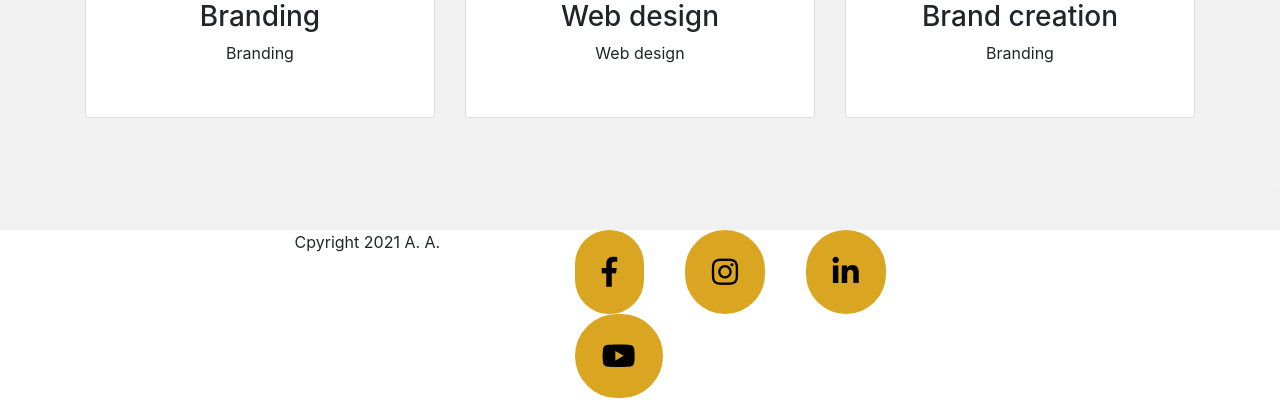
Repository: arek-adamik/golden-webpage
Page: index.html
These files come from the project's save history. The page is drawn as it stood at one moment and after the next save; the edit follows.
The browser window is 1280 px wide. The pictures show the part of the page from y = 2098 to 2608 px (the page is 2512 px tall before and 2608 px after).
Some web fonts or font styles are not loaded; a fallback is used. Some web libraries are served in a nearby version. The style sheet was rebuilt from its Sass, Less or Tailwind sources for each picture, by a compiler version that may differ from the author's.

Above is the page before, as saved 2021-05-04 16:36:33.

### index.html
<!DOCTYPE html>
<html lang="en">
  <head>
    <meta name="viewport" content="width=device-width, initial-scale=1.0">
    <meta charset="utf-8">
    <title>Golden - Official Site</title>
    <link rel="preconnect" href="https://fonts.gstatic.com">
    <link href="https://fonts.googleapis.com/css2?family=Krona+One&family=Molle:ital@1&family=Tinos&display=swap" rel="stylesheet">
    <link rel="stylesheet" href="https://use.fontawesome.com/releases/v5.5.0/css/all.css">
    <link rel="stylesheet" href="vendor/bootstrap-grid.css">
    <link rel="stylesheet" href="css/style.css">
    <link rel="stylesheet" href="https://stackpath.bootstrapcdn.com/bootstrap/4.5.1/css/bootstrap.min.css" integrity="sha384-VCmXjywReHh4PwowAiWNagnWcLhlEJLA5buUprzK8rxFgeH0kww/aWY76TfkUoSX" crossorigin="anonymous">
  </head>
  <body>
    <section class="page-head">
        <nav class="navigation">
            <p class="logo">GOLDEN</p>
                <ul>
                    <li><a href="#">HOME</a></li>
                    <li><a href="#">SERVICES</a></li>
                    <li><a href="#">PORTFOLIO</a></li>
                    <li><a href="#">ABOUT</a></li>
                    <li><a href="#">CONTACT</a></li>
                </ul>

        </nav>
        <header class="splash">
            <div class="splash-inner">
                <h2 class="page-subtitle">Welcome to our studio!</h2>
                <h1 class="page-title">IT'S NICE TO MEET YOU</h1>
                <a class="button" href="#">TELL ME MORE</a>
            </div>
      </header>
    </section>
    <section class="services py-5">
        <h2 class="section-subtitle">SERVICES</h2>
        <p class="services-text">Proin aliquet quis diam ut sollicitudin.</p>
        <div class="container">
            <div class="row py-5">
                <div class="col-md-4">
                    <i class="fas fa-shopping-basket"></i>
                    <h2 class="services-subbtitle">E-Commerce</h2>
                    <p>Lorem ipsum dolor sit amet, consectetur adipiscing elit. Praesent ullamcorper, nibh vel luctus aliquet, sapien massa vulputate turpis, in feugiat nulla purus eu risus.</p>
                </div>
                <div class="col-md-4">
                    <i class="far fa-check-square"></i>
                    <h2 class="services-subbtitle">Responsive Web</h2>
                    <p>Lorem ipsum dolor sit amet, consectetur adipiscing elit. Praesent ullamcorper, nibh vel luctus aliquet, sapien massa vulputate turpis, in feugiat nulla purus eu risus</p>
                </div>
                <div class="col-md-4">
                    <i class="fas fa-lock"></i>
                    <h2 class="services-subbtitle">Web Security</h2>
                    <p>Lorem ipsum dolor sit amet, consectetur adipiscing elit. Praesent ullamcorper, nibh vel luctus aliquet, sapien massa vulputate turpis, in feugiat nulla purus eu risus</p>
                </div>
        </div>
    </section>
    <section class="our-portfolio py-5">
        <h2 class="section-subtitle">OUR PORTFOLIO</h2>
        <p class="services-text">Proin aliquet quis diam ut sollicitudin.</p>
        <div class="container">
            <div class="row py-5">
                <div class="col-md-4">
                    <div class="card p-3 mb-3">
                        <div class="card-body">
                            <img src="https://images.pexels.com/photos/3910071/pexels-photo-3910071.jpeg?auto=compress&cs=tinysrgb&dpr=2&h=750&w=1260">
                            <h3 class="portfolio-subtitle">Ebony & Ivory</h3>
                            <p>Branding</p>
                        </div>
                    </div>
                </div>
                <div class="col-md-4">
                    <div class="card p-3 mb-3">
                        <div class="card-body">
                            <img src="https://images.pexels.com/photos/1827548/pexels-photo-1827548.jpeg?auto=compress&cs=tinysrgb&dpr=2&h=750&w=1260">
                            <h3 class="portfolio-subtitle">Clever Poster</h3>
                            <p>Print design</p>
                        </div>
                    </div>
                </div>
                <div class="col-md-4">
                    <div class="card p-3 mb-3">
                        <div class="card-body">
                            <img src="https://images.pexels.com/photos/6224/hands-people-woman-working.jpg?auto=compress&cs=tinysrgb&dpr=2&h=750&w=1260">
                            <h3 class="portfolio-subtitle">Smart Stationary</h3>
                            <p>Print Design</p>
                        </div>
                    </div>
                </div>
                <div class="col-md-4">
                    <div class="card p-3 mb-3">
                        <div class="card-body">
                            <img src="https://images.pexels.com/photos/965989/pexels-photo-965989.jpeg?auto=compress&cs=tinysrgb&dpr=2&h=750&w=1260">
                            <h3 class="portfolio-subtitle">Branding</h3>
                            <p>Branding</p>
                        </div>
                    </div>
                </div>
                <div class="col-md-4">
                    <div class="card p-3 mb-3">
                        <div class="card-body">
                            <img src="https://images.pexels.com/photos/160107/pexels-photo-160107.jpeg?auto=compress&cs=tinysrgb&dpr=2&h=750&w=1260">
                            <h3 class="portfolio-subtitle">Web design</h3>
                            <p>Web design</p>
                        </div>
                    </div>
                </div>
                <div class="col-md-4">
                    <div class="card p-3 mb-3">
                        <div class="card-body">
                            <img src="https://images.pexels.com/photos/1961792/pexels-photo-1961792.jpeg?auto=compress&cs=tinysrgb&dpr=2&h=750&w=1260">
                            <h3 class="portfolio-subtitle">Brand creation</h3>
                            <p>Branding</p>
                        </div>
                    </div>
                </div>
            </div>
        </div>
    </section>
    <footer>
        <div class="container">
            <div class="row">
                <div class="col-md-4">
                    <p>Cpyright 2021 A. A.</p>
                </div>
                <div class="col-md-8">
                    <ul>
                        <li><a href="#"><i class="fab fa-facebook-f"></i>Facebook</a></li>
                        <li><a href="#"><i class="fab fa-instagram"></i>Instagram</a></li>
                        <li><a href="#"><i class="fab fa-linkedin-in"></i>Linkedin</a></li>
                        <li><a href="#"><i class="fab fa-youtube"></i>Youtube</a></li>
                    </ul>
                </div>
            </div>
        </div>

    </footer>
  </body>
  </html>

### sass/style.scss
/* Variabbles */
$font-header: 'Krona One', sans-serif;
$font-logo: 'Molle', cursive;
$font-text: 'Tinos', serif;
/* Global */
body {
    margin: 0;
    font-size: 16px;
    line-height: 1.7;
    font-family: $font-text;
}
.container {
    max-width: 1140px;
    padding: 0 20px 0 20px;
    display: flex;
	justify-content: center;
	align-items: center;
	margin: auto;
}
/* Main section */
.page-head{
    background-image: url(https://images.pexels.com/photos/174524/pexels-photo-174524.jpeg?auto=compress&cs=tinysrgb&dpr=2&h=750&w=1260);
}

/* Navigation */
.navigation {
    padding: 12px 0 12px 0;
        ul {
            padding: 0;
            margin: 0;
            list-style-type: none;
            text-align: right;
        }

        }
        .logo {
            text-align: left;
            padding-top: 20px;
            margin-left: 40px;
            font-family: $font-logo;
            color: rgb(2, 2, 1);
            text-shadow: goldenrod;
            font-size: 30px;
        }
        li {
            display: inline-block;
            margin-right: 36px;
            position: relative;

        }
        a {
            color: rgb(0, 0, 0);
            font-family: $font-header;
        }
/* Splash */
.splash {
    min-height: 500px;
    display: flex;
        .page-title {
            margin: 0;
            font-size: 72px;
            font-weight: 700;
            line-height: 1.2;
            font-family: $font-header;
            text-align: center;
        }
        .page-subtitle {
            margin: 24px 0;
            font-weight: 400;
            font-size: 16px;
            font-family: $font-header;
            text-align: center;
        }
}
.splash-inner {
    margin: auto;
    max-width: 70%;
}
.button {
    display: block;
    margin: 0 auto;
    position: relative;
    padding: 20px 25px;
    font-size: 24px;
    cursor: pointer;
    text-align: center;
    text-decoration: none;
    outline: none;
    color: #fff;
    background-color: #070807;
    border: none;
    border-radius: 15px;
    width: 250px;
  }
  .button:hover {
      background-color: rgb(69, 70, 32)
    }
  .button:active {
    background-color: rgb(69, 70, 32);
    box-shadow: 0 5px #666;
    transform: translateY(4px);
    text-decoration: none;
  }
  /* Services */
  .services{
  .section-subtitle, .services-text{
      text-align: center;
  }
  i {
        font-size: 40px;
        color:goldenrod;
        display: flex;
        justify-content: center;
  }
}
.col-md-4 {
    h2 {
        text-align: center;
    }
}
 /* Portfolio */
.our-portfolio {
    background-color: rgba(241, 241, 241, 0.952);
}
.section-subtitle, .services-text{
    text-align: center;
}
.card-body {
    img {
        width: 100%;
        height: 300px;
        object-fit: cover;
    }
    p, h3 {
        text-align: center;
    }
}

 /* Footer */
 footer {
     .socialmedia-icons, .footer-text {
         display: inline-flex;
         justify-content: space-around;

     }
     i {
        font-size: 30px;
        border: solid;
        border-color: goldenrod;
        border-width: 27px;
        border-radius: 62px;
        background: goldenrod;
        text-align: center;
        color: black;

     }
     li {
        font-size: 0;
    }

 }

Loaded but not shown: vendor/bootstrap-grid.css (library)

After the next save:
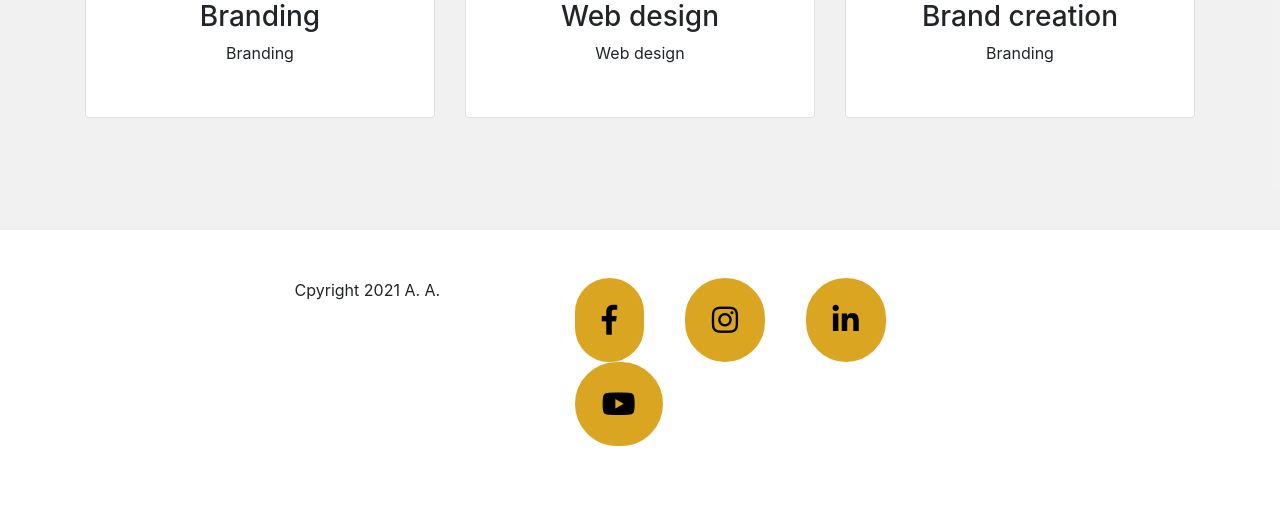
Saved 64 s later.
--- a/index.html
+++ b/index.html
@@ -117,7 +117,7 @@
         </div>
     </section>
     <footer>
-        <div class="container">
+        <div class="container py-5">
             <div class="row">
                 <div class="col-md-4">
                     <p>Cpyright 2021 A. A.</p>
